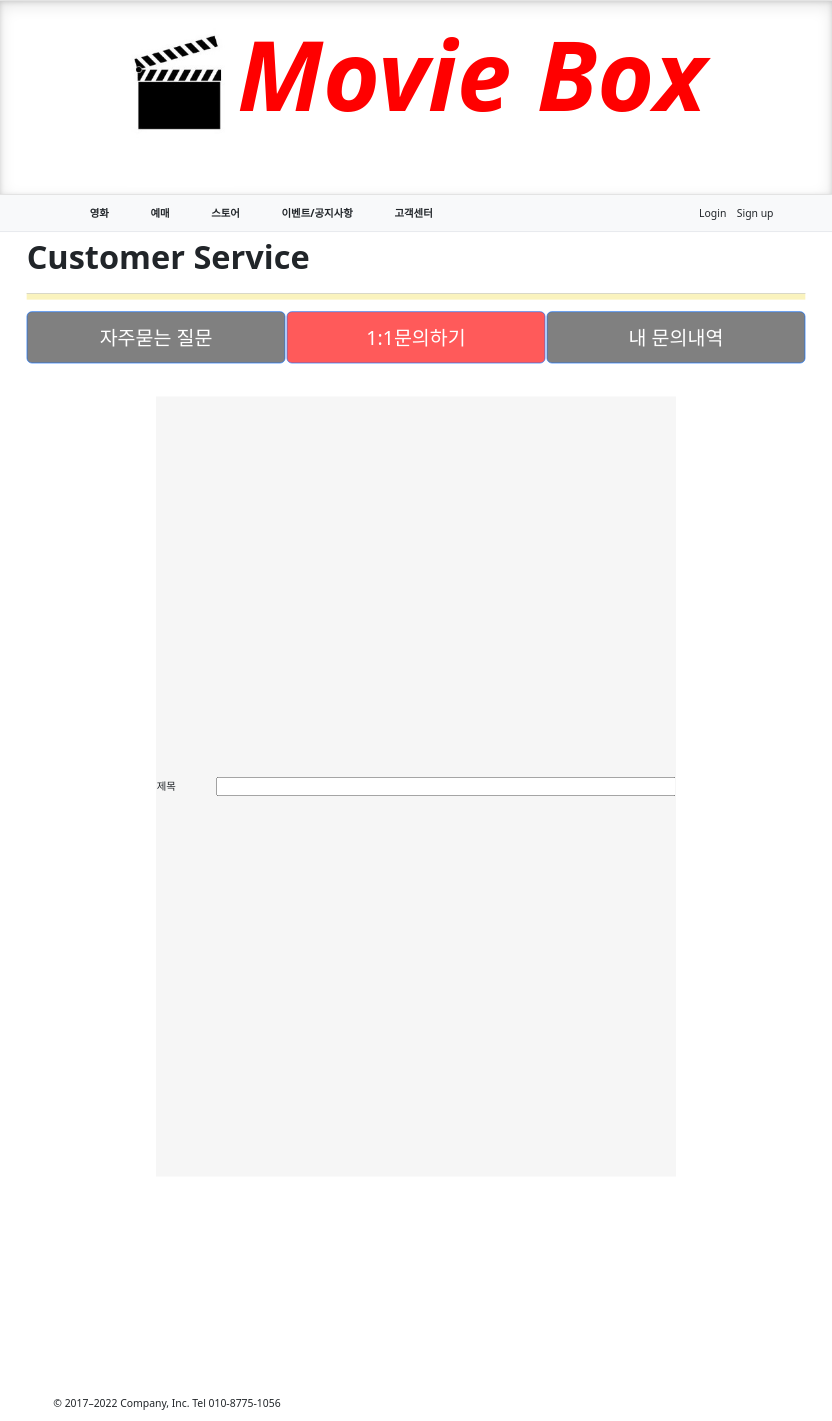
Repository: SpearManCN/MovieBox-2nd-Project-
Page: http://localhost/prj_01/WEB-INF/views/serviceQnA.jsp
The author's editor kept a copy of each file at every save. The page is drawn from the files as they stood at one save, then again after the next save.
The browser window is 1280 px wide. The pictures show the whole page, at 65% of full size.
The page is served by Tomcat 9. Nobody is signed in. Other server files are loaded and not shown. The template is opened directly, without the code that normally fills it, so the values that code supplies are empty.

Above is the page before, as saved 2022-12-13 16:09:07.

### Second project/prj_01/src/main/webapp/WEB-INF/views/serviceQnA.jsp
<%@ page language="java" contentType="text/html; charset=UTF-8"
    pageEncoding="UTF-8"%>
        <%@taglib prefix="c" uri="http://java.sun.com/jsp/jstl/core" %>
<!DOCTYPE html>
<html>
<head>
<meta name="viewport" content="width=device-width, initial-scale=1">
<meta charset="UTF-8">
<link href="https://cdn.jsdelivr.net/npm/bootstrap@5.2.3/dist/css/bootstrap.min.css" rel="stylesheet" integrity="sha384-rbsA2VBKQhggwzxH7pPCaAqO46MgnOM80zW1RWuH61DGLwZJEdK2Kadq2F9CUG65" crossorigin="anonymous">
<script>
	function goServiceForm(){document.goForm.action="/serviceForm.do"; document.goForm.submit();}
	function goQnA(){document.goForm.action="/serviceQnA.do"; document.goForm.submit();}
	function goQnAList(){document.goForm.action="/serviceQnAList.do"; document.goForm.submit();}

</script>



</head>
<body>
<%@include file="/WEB-INF/views/commonHeader.jsp" %>
<form name="goForm" method="post"></form>



<center>
<table width="1200px">
	<tr>
	<td align="left"><span style="font-size:50px; font-weight:bold;">Customer Service</span>
	<tr>
	<td><hr style="height:10px; background-color:#EDD200;">
	<tr>
</table>
</center>

<table align="center" width="1200px">
	<tr>
	<td width="220px"><button onclick="goServiceForm();" type="button" class="btn btn-primary btn-lg" style="width:100%; height:80px; background-color:gray;">
	<span style="font-size:30px; ">자주묻는 질문</span></button></td>

	<td width="220px"><button onclick="goQnA();" type="button" class="btn btn-primary btn-lg" style="width:100%; height:80px; background-color:#FF5A5A;">
	<span style="font-size:30px; font-weight:;">1:1문의하기</span></button></td>

	<td width="220px"><button onclick="goQnAList();" type="button" class="btn btn-primary btn-lg" style="width:100%; height:80px; background-color:gray;">
	<span style="font-size:30px; font-weight:;">내 문의내역</span></button></td>

	</tr>
	<tr>
	</tr>

</table>

<table align="center" width="500px" >
<tr align="center">
<td width="10%" height="50px"></td>


</table>
<div height="200px"></div>
<table align="center" width="800px" height="1200px"style="background-color:#F6F6F6;">
	<tr><td>제목<td><input type="text" style="width:100%;">
	<tr>


</table>






















<%@include file="/WEB-INF/views/commonFooter.jsp" %>
</body>
</html>

### Second project/prj_01/src/main/webapp/WEB-INF/views/commonHeader.jsp
<%@ page language="java" contentType="text/html; charset=UTF-8"
    pageEncoding="UTF-8"%>



<script src="/js/jquery-1.11.0.min.js"></script>
<script>
function goLogin(){document.commonForm.action="/loginForm.do";document.commonForm.submit(); }
function goLoginJoin(){document.commonForm.action="/loginJoinForm.do";document.commonForm.submit();}
function goMyPage(){document.commonForm.action="/myPageHome.do";document.commonForm.submit(); }
function goMainForm(){document.commonForm.action="/mainForm.do";document.commonForm.submit(); }
function goLogout(){
	if(confirm("로그아웃 하시겠습니까?")){
		document.commonForm.action="/logout.do";document.commonForm.submit();
	}

	 }

</script>

<form name="commonForm" method="post"></form>
<div style="height:300px; background-color: white; border-width: 1px 0;
        box-shadow: inset 0 .5em 1.5em rgba(0, 0, 0, .1), inset 0 .125em .5em rgba(0, 0, 0, .15);         border: solid rgba(0, 0, 0, .15);
        border-width: 1px 0;" class="b-example-divider" align="center" >

 <span style="cursor:pointer" onclick="goMainForm();"><img src="resources/img/movieBox2.jpg" >
 <Span  style="font-size: 150px; color:red; font-weight: bold ; font-style: italic;" >Movie Box</Span>

 </span></div>

  <nav class="py-2 bg-light border-bottom">
    <div class="container d-flex flex-wrap">
      <ul class="nav me-auto">
      <li class="nav-item">&emsp;&emsp;&emsp;</li>
        <li class="nav-item"><a href="movieHome.do" class="nav-link link-dark px-2 active" aria-current="page" style="font-weight: bold ;" >영화</a></li>
         <li class="nav-item">&emsp;&emsp;&emsp;</li>
        <li class="nav-item"><a href="reserveForm.do" class="nav-link link-dark px-2" style="font-weight: bold ;">예매</a></li>
         <li class="nav-item">&emsp;&emsp;&emsp;</li>
        <li class="nav-item"><a href="/storeForm.do" class="nav-link link-dark px-2" style="font-weight: bold ;">스토어</a></li>
         <li class="nav-item">&emsp;&emsp;&emsp;</li>
        <li class="nav-item"><a href="/eventForm.do" class="nav-link link-dark px-2" style="font-weight: bold ;">이벤트/공지사항</a></li>
          <li class="nav-item">&emsp;&emsp;&emsp;</li>
        <li class="nav-item"><a href="/serviceForm.do" class="nav-link link-dark px-2" style="font-weight: bold ;">고객센터</a></li>

       </ul>
      <ul class="nav">

      		<%
      		if(session.getAttribute("memNo")==null){session.setAttribute("memNo",0);}
			int memNo = (int)session.getAttribute("memNo");
			if(memNo==0){	%>
        <li class="nav-item"><span class="nav-link link-dark px-2" style="cursor:pointer" onclick="goLogin();">Login</span></li>
			        <li class="nav-item"><span class="nav-link link-dark px-2" style="cursor:pointer" onclick="goLoginJoin();">Sign up</span></li>

			<%}else if(memNo==1){%>
			        <li class="nav-item"><span class="nav-link link-dark px-2" style="cursor:pointer" onclick="goAdmin();">AdminPage</span></li>

    				   <li class="nav-item"><span class="nav-link link-dark px-2" style="cursor:pointer" onclick="goLogout();">Logout</span></li>

			<%}else {%>
			      <li class="nav-item"><span class="nav-link link-dark px-2" style="cursor:pointer" onclick="goMyPage();">My Page</span></li>
    				   <li class="nav-item"><span class="nav-link link-dark px-2" style="cursor:pointer" onclick="goLogout();">Logout</span></li>
 				<%}
		%>






      </ul>
    </div>
  </nav>

### Second project/prj_01/src/main/webapp/WEB-INF/views/commonFooter.jsp
<%@ page language="java" contentType="text/html; charset=UTF-8"
    pageEncoding="UTF-8"%>
<!--====================================================================-->


<br>
<br><br><br><br><br><br><br><br><br><br><br>
<br><br>

  <footer class="container">
    <p class="float-end"></p>
    <p>&copy; 2017–2022 Company, Inc. Tel 010-8775-1056 </p>
  </footer>

<script src="https://cdn.jsdelivr.net/npm/bootstrap@5.2.3/dist/js/bootstrap.bundle.min.js" integrity="sha384-kenU1KFdBIe4zVF0s0G1M5b4hcpxyD9F7jL+jjXkk+Q2h455rYXK/7HAuoJl+0I4" crossorigin="anonymous"></script>

Loaded but not shown: Second project/prj_01/src/main/resources/static/js/jquery-1.11.0.min.js (library)

After the next save:
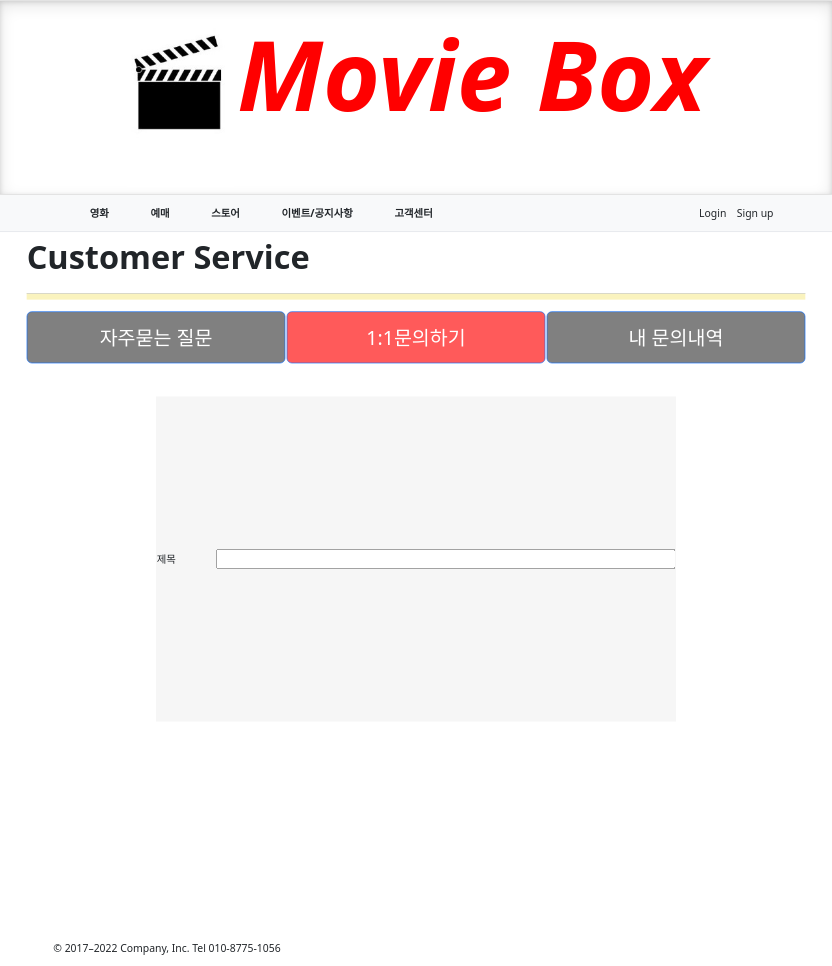
Saved 17 s later.
--- a/Second project/prj_01/src/main/webapp/WEB-INF/views/serviceQnA.jsp
+++ b/Second project/prj_01/src/main/webapp/WEB-INF/views/serviceQnA.jsp
@@ -57,7 +57,7 @@
 
 </table>
 <div height="200px"></div>
-<table align="center" width="800px" height="1200px"style="background-color:#F6F6F6;">
+<table align="center" width="800px" height="500px"style="background-color:#F6F6F6;">
 	<tr><td>제목<td><input type="text" style="width:100%;">
 	<tr>
 
